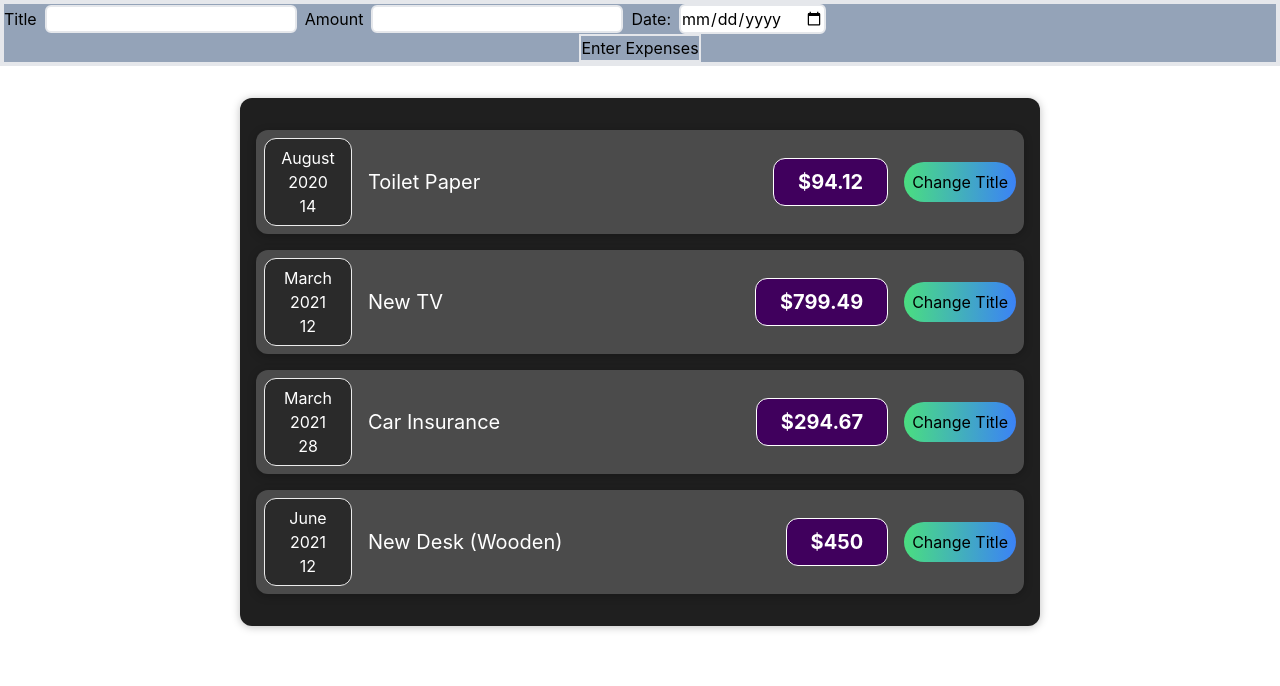
Repository: Sef24/expense-tracker
Page: /
The author's editor kept a copy of each file at every save. The page is drawn from the files as they stood at one save, then again after the next save.
The browser window is 1280 px wide. The pictures show the whole page.
The project was rebuilt for these pictures with package versions that can differ from the ones it lists, and the page was loaded fresh each time. Also part of the build but not shown: src/components/NewExpense/NewExpense.css, src/components/NewExpense/ExpenseForm.css.

Above is the page before, as saved 2022-04-24 19:36:03.

### public/index.html
<!DOCTYPE html>
<html lang="en">
  <head>
    <meta charset="utf-8" />
    <link rel="icon" href="%PUBLIC_URL%/favicon.ico" />
    <meta name="viewport" content="width=device-width, initial-scale=1" />

    <meta
      name="description"
      content="Web site created using create-react-app"
    />
    <link rel="apple-touch-icon" href="%PUBLIC_URL%/logo192.png" />
    <!--
      manifest.json provides metadata used when your web app is installed on a
      user's mobile device or desktop. See https://developers.google.com/web/fundamentals/web-app-manifest/
    -->
    <link rel="manifest" href="%PUBLIC_URL%/manifest.json" />
    <!--
      Notice the use of %PUBLIC_URL% in the tags above.
      It will be replaced with the URL of the `public` folder during the build.
      Only files inside the `public` folder can be referenced from the HTML.

      Unlike "/favicon.ico" or "favicon.ico", "%PUBLIC_URL%/favicon.ico" will
      work correctly both with client-side routing and a non-root public URL.
      Learn how to configure a non-root public URL by running `npm run build`.
    -->
    <title>React App</title>
  </head>
  <body>
    <noscript>You need to enable JavaScript to run this app.</noscript>
    <div id="root"></div>
    <!--
      This HTML file is a template.
      If you open it directly in the browser, you will see an empty page.

      You can add webfonts, meta tags, or analytics to this file.
      The build step will place the bundled scripts into the <body> tag.

      To begin the development, run `npm start` or `yarn start`.
      To create a production bundle, use `npm run build` or `yarn build`.
    -->
  </body>
</html>

### src/App.js
import Expenses from "./components/Expenses";
import NewExpense from "./components/NewExpense/NewExpense";

function App() {
  const expenses = [
    {
      id: "e1",
      title: "Toilet Paper",
      amount: 94.12,
      date: new Date(2020, 7, 14),
    },
    { id: "e2", title: "New TV", amount: 799.49, date: new Date(2021, 2, 12) },
    {
      id: "e3",
      title: "Car Insurance",
      amount: 294.67,
      date: new Date(2021, 2, 28),
    },
    {
      id: "e4",
      title: "New Desk (Wooden)",
      amount: 450,
      date: new Date(2021, 5, 12),
    },
  ];
  return (
    <div>
      <NewExpense />
      <Expenses items={expenses} />
    </div>
  );
}

export default App;

### src/components/Expenses.js
import React from "react";
import ExpenseItem from "./ExpenseItem";
import "./Expenses.css";

function Expenses(props) {
  <h1 className=""> Hello</h1>;
  return (
    <div className="expenses">
      <ExpenseItem
        title={props.items[0].title}
        amount={props.items[0].amount}
        date={props.items[0].date}
      />

      <ExpenseItem
        title={props.items[1].title}
        amount={props.items[1].amount}
        date={props.items[1].date}
      />
      <ExpenseItem
        title={props.items[2].title}
        amount={props.items[2].amount}
        date={props.items[2].date}
      />
      <ExpenseItem
        title={props.items[3].title}
        amount={props.items[3].amount}
        date={props.items[3].date}
      />
    </div>
  );
}

export default Expenses;

### src/components/NewExpense/NewExpense.js
import React from "react";
import "./NewExpense.css";
import ExpenseForm from "./ExpenseForm";

function NewExpense() {
  return (
    <div>
      <ExpenseForm onSaveExpenseData />
    </div>
  );
}

export default NewExpense;

### src/components/ExpenseItem.js
import React, { useState } from "react";
import "./ExpenseItem.css";
import ExpenseDate from "./ExpenseDate";

function ExpenseItem(props) {
  const [title, setTitle] = useState(props.title);

  const clickHandler = () => {
    setTitle("Updated");
    console.log(title);
  };

  return (
    <div className="expense-item ">
      <ExpenseDate date={props.date} />

      <div className="expense-item__description">
        <h2>{props.title}</h2>

        <div className="expense-item__price">${props.amount}</div>
      </div>
      <button
        className="p-2 ml-4 border-transparent rounded-full border-0
        bg-gradient-to-r from-green-400 to-blue-500
        hover:from-pink-500 hover:to-yellow-500 ...
        active:opacity-75"
        onClick={clickHandler}
      >
        Change Title
      </button>
    </div>
  );
}

export default ExpenseItem;

### src/components/NewExpense/ExpenseForm.js
import React, { useState } from "react";
import "./ExpenseForm.css";

function ExpenseForm() {
  return (
    <form className="flex items-center justify-evenly">
      <div className="w-full flex-wrap justify-between border-4 bg-slate-400 gap-1">
        <label>Title</label>
        <input type="text" className="border-2 rounded-md ml-2" />

        <label className="pl-2">Amount</label>
        <input
          type="number"
          min="0.01"
          step="0.01"
          className="border-2 rounded-md ml-2"
        />

        <label className="pl-2">Date:</label>
        <input type="date" className="border-2 rounded-md ml-2" />

        <div className="flex items-center justify-center">
          <button className="border-2">Enter Expenses</button>
        </div>
      </div>
    </form>
  );
}

export default ExpenseForm;

### src/components/ExpenseItem.css
.expense-item {
  display: flex;
  justify-content: space-between;
  align-items: center;
  box-shadow: 0 2px 8px rgba(0, 0, 0, 0.25);
  padding: 0.5rem;
  margin: 1rem 0;
  border-radius: 12px;
  background-color: #4b4b4b;
}

.expense-item__description {
  display: flex;
  flex-direction: column;
  gap: 1rem;
  align-items: flex-end;
  flex-flow: column-reverse;
  justify-content: flex-start;
  flex: 1;
}

.expense-item h2 {
  color: #3a3a3a;
  font-size: 1rem;
  flex: 1;
  margin: 0 1rem;
  color: white;
}

.expense-item__price {
  font-size: 1rem;
  font-weight: bold;
  color: white;
  background-color: #40005d;
  border: 1px solid white;
  padding: 0.5rem;
  border-radius: 12px;
}

@media (min-width: 580px) {
  .expense-item__description {
    flex-direction: row;
    align-items: center;
    justify-content: flex-start;
    flex: 1;
  }

  .expense-item__description h2 {
    font-size: 1.25rem;
  }

  .expense-item__price {
    font-size: 1.25rem;
    padding: 0.5rem 1.5rem;
  }
}

### src/components/ExpenseDate.js
import React from "react";
import "./ExpenseDate.css";

function ExpenseDate(props) {
  const month = props.date.toLocaleString("en-US", { month: "long" });
  const day = props.date.getDate();
  const year = props.date.getFullYear();

  return (
    <div className="expense-date">
      <div className="expense__month">{month}</div>
      <div className="expense__year">{year}</div>
      <div className="expense__day">{day}</div>
    </div>
  );
}

export default ExpenseDate;

Loaded but not shown: src/index.js (common file); src/index.css (common file); src/components/Expenses.css (common file); src/components/ExpenseDate.css (common file); tailwind.config.js (common file)

After the next save:
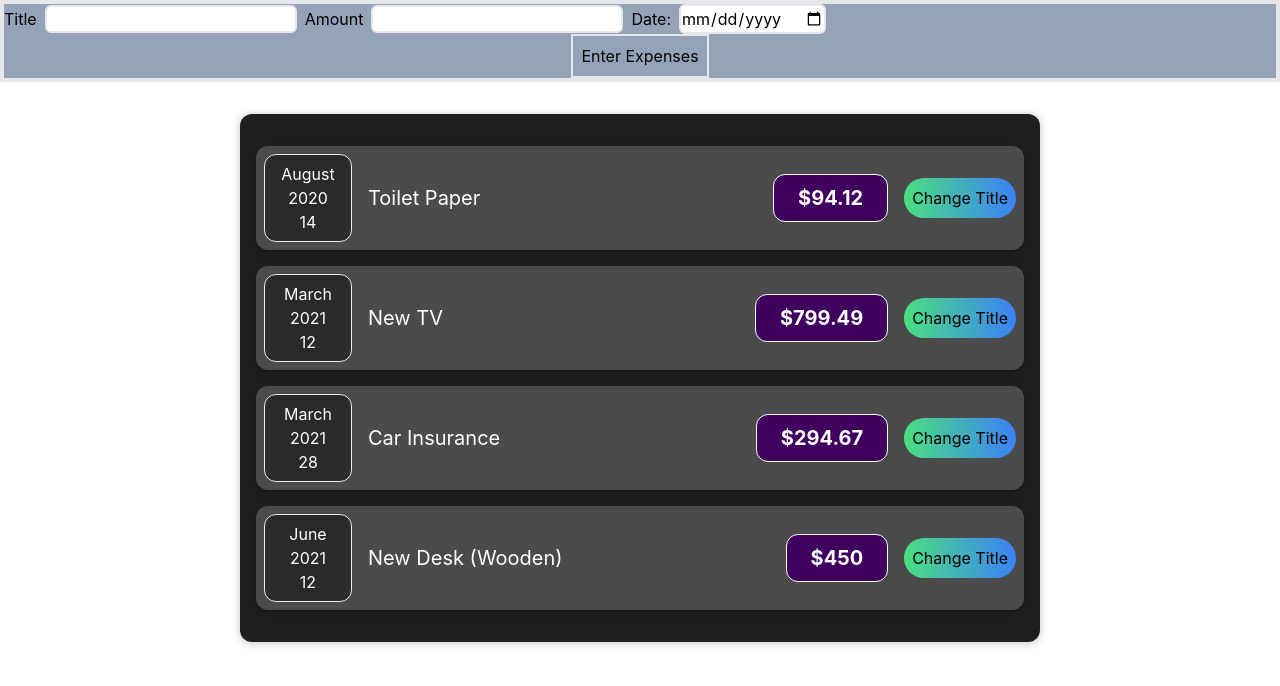
Saved 4 s later.
--- a/src/components/NewExpense/ExpenseForm.js
+++ b/src/components/NewExpense/ExpenseForm.js
@@ -20,7 +20,7 @@ function ExpenseForm() {
         <input type="date" className="border-2 rounded-md ml-2" />
 
         <div className="flex items-center justify-center">
-          <button className="border-2">Enter Expenses</button>
+          <button className="border-2 p-2">Enter Expenses</button>
         </div>
       </div>
     </form>
